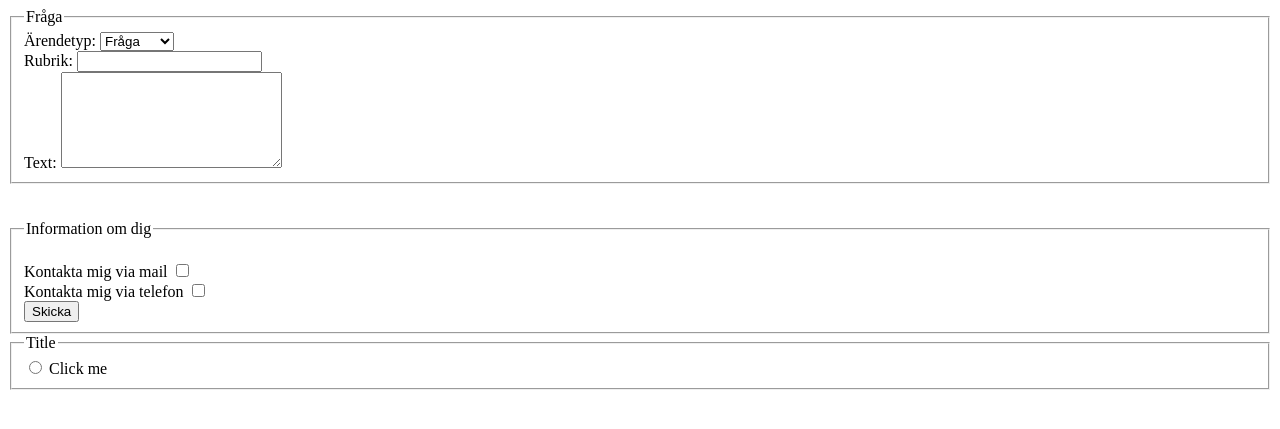
Repository: ma223md/1ik415
Page: Pages/kontakt.html
The author's editor kept a record of every edit. The page is drawn from the files as they stood at one moment, then again after the next edit.
The browser window is 1280 px wide. The pictures show the whole page.

Above is the page before.

After the next edit:
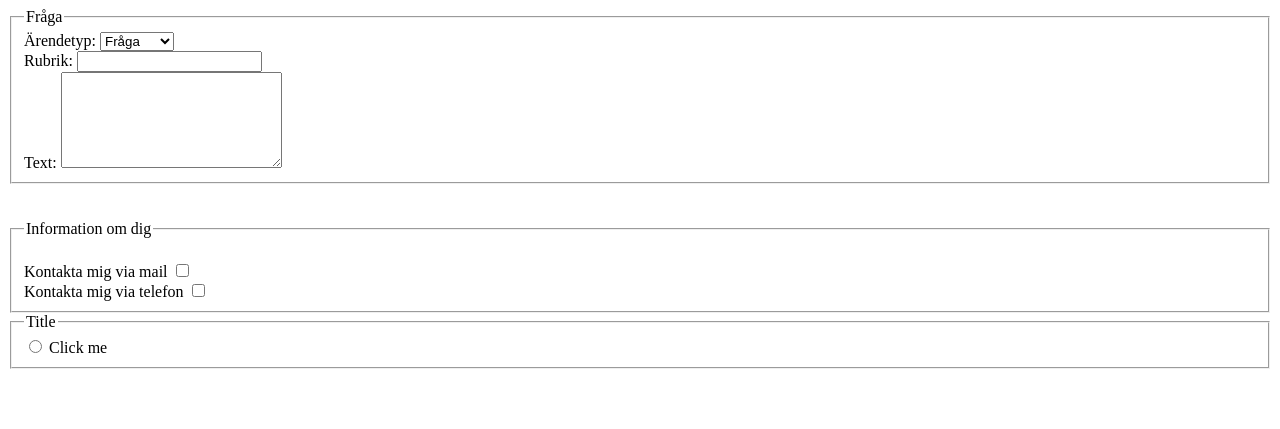
The edit:
--- a/Pages/kontakt.html
+++ b/Pages/kontakt.html
@@ -25,7 +25,6 @@
         <legend>Information om dig</legend><br>
         Kontakta mig via mail <input type="checkbox" name="contact" value="mail"><br>
         Kontakta mig via telefon <input type="checkbox" name="contact" value="phone"><br>
-        <input type="submit" value="Skicka" name="submit">
         </fieldset>
 
         </form>
